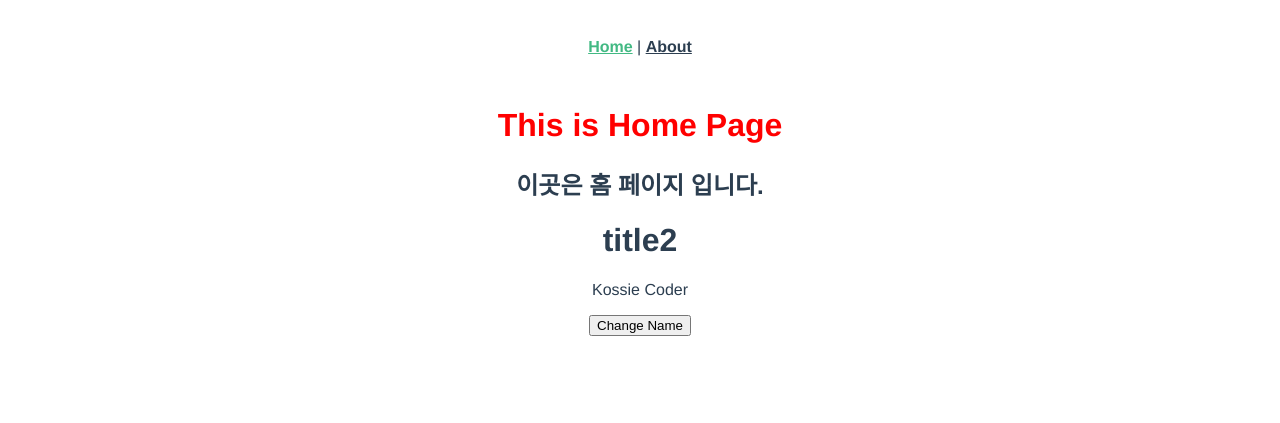
Repository: RyuGeunHwan/code_J
Page: / (app in vue-props/)
An editor plug-in stored every save of this project. The page is shown before and after the next save, followed by the edit.
The browser window is 1280 px wide. The pictures show the whole page.
The project was rebuilt for these pictures with package versions that can differ from the ones it lists, and the page was loaded fresh each time.

Above is the page before, as saved 2022-08-12 08:19:31.

### vue-props/src/views/Home.vue
<!-- template태그 : HTML이 들어가는 구역  -->
<template>
  <div>
    <h1>This is Home Page</h1>
    <h2>이곳은 홈 페이지 입니다.</h2>
    <KossieCoder title="title2"/>
  </div>
</template>

<!-- script태그 : 옵션,데이터,computed,watch 등이 들어가는 구역 -->
<script>
import KossieCoder from '@/components/KossieCoder.vue';


export default {
  components: {
    // import한 컴포넌트를 사용하겠다는 설정
    KossieCoder
  }
}
</script>


<!-- style : CSS코드 -->
<!-- scoped를 넣어줘야 위에보이는 template의 html태그에 적용이 된다. scoped를 않넣으면 vue어플리케이션 전체에 적용이 된다.-->
<style scoped>
h1{
  color : red
}
</style>

### vue-props/src/components/KossieCoder.vue
<template>
    <div>
        <h1>{{title}}</h1>
        <h2>{{props}}</h2>
        <p>{{  name  }}</p>
        <button @click="updateName">Change Name</button>
    </div>
</template>

<script>
export default {
    props: ['title','props'],
    data(){
        return{
            name : 'Kossie Coder'
        }
    },
    methods: {
        updateName(){
            this.name = 'Kossie Coder Updated'
        }
    }

}
</script>

<style scoped>

</style>

Loaded but not shown: vue-props/public/index.html (common file); vue-props/src/main.js (common file); vue-props/src/App.vue (common file); vue-props/src/router/index.js (common file); vue-props/src/store/index.js (common file)

After the next save:
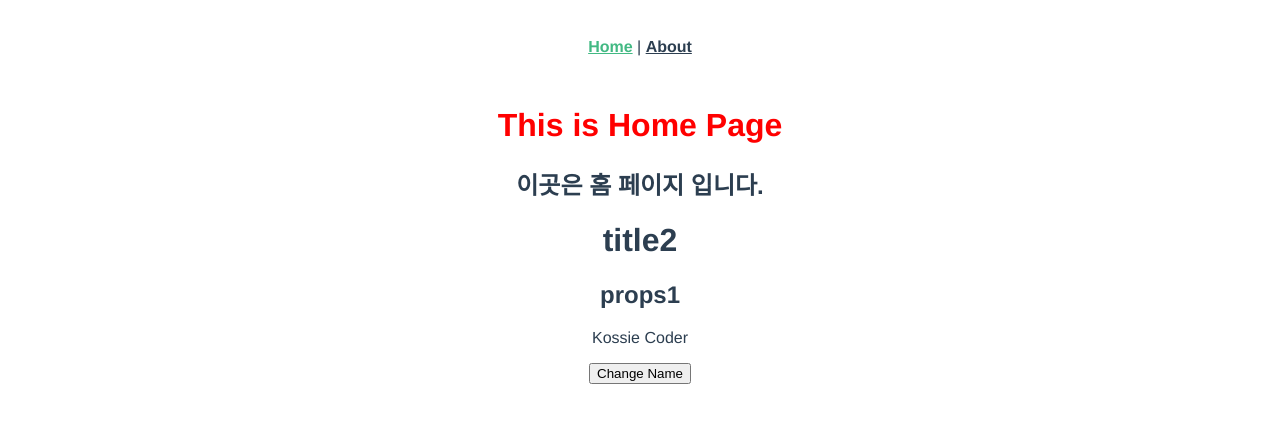
Saved 25 s later.
--- a/vue-props/src/views/Home.vue
+++ b/vue-props/src/views/Home.vue
@@ -3,7 +3,7 @@
   <div>
     <h1>This is Home Page</h1>
     <h2>이곳은 홈 페이지 입니다.</h2>
-    <KossieCoder title="title2"/>
+    <KossieCoder title="title2" props="props1"/>
   </div>
 </template>
 
